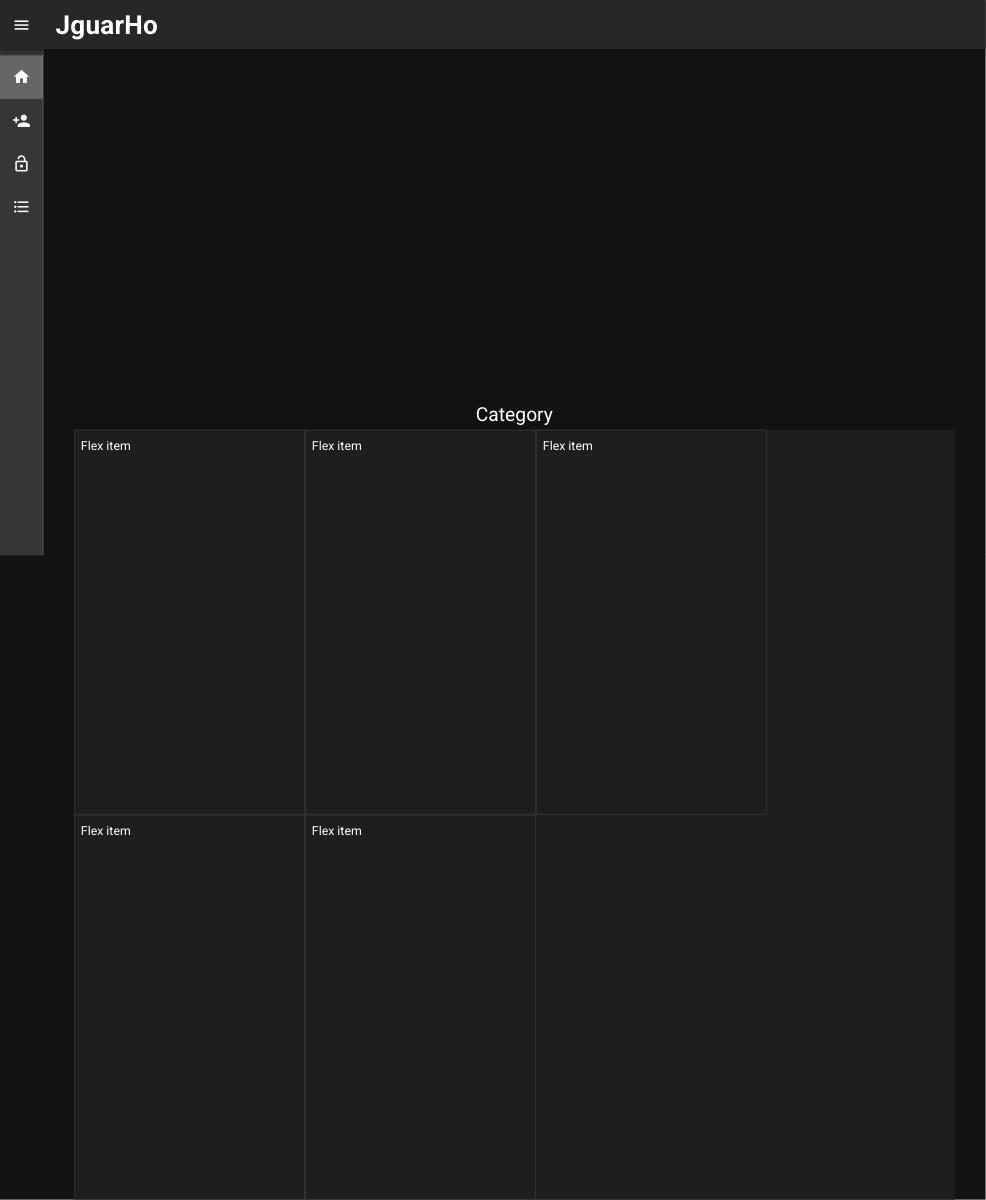
Repository: agent501/MRMS
Page: /
An editor plug-in stored every save of this project. The page is shown before and after the next save, followed by the edit.
The browser window is 1280 px wide. The pictures show the whole page, at 77% of full size.
The page's requests for data from a server got no answer. The project was rebuilt for these pictures with package versions that can differ from the ones it lists, and the page was loaded fresh each time. No one was signed in, and anything a server would have sent is missing. Also part of the build but not shown: vue.config.js, src/components/Product/products.vue, src/components/Product/product.vue, src/components/Product/createproduct.vue, src/components/User/signin.vue, src/components/User/signup.vue, src/components/User/profile.vue, src/components/Shared/Alert.vue and 2 more. Imported but missing from the stored project, and not drawn on this page: src/router/auth-guard.js.

Above is the page before, as saved 2020-08-05 11:18:38.

### src/main.js
import Vue from 'vue';
import App from './App.vue';
import router from './router';
import { store } from './store';
import alert from './components/Shared/Alert.vue';
import vuetify from './plugins/vuetify';
import { fb } from './components/firebase/firebase.js';
import * as firebase from 'firebase';
import editproductdiaglog from './components/Product/Edit/editproductdialog.vue';
import editprogressbar from './components/Product/Edit/editprogressbar.vue';

Vue.component('app-alert', alert);
Vue.component('app-edit-product', editproductdiaglog);
Vue.component('app-edit-progress', editprogressbar);

Vue.config.productionTip = false;

new Vue({
  router,
  store,
  vuetify,
  render: (h) => h(App),
  created() {
    fb;
    firebase.auth().onAuthStateChanged((user) => {
      if (user) {
        this.$store.dispatch('autosignin', user);
      }
    });
    this.$store.dispatch('loadProducts');
  },
}).$mount('#app');

### src/App.vue
<template>
  <v-app>
    <v-navigation-drawer v-model="drawer" :mini-variant.sync="mini" app clipped dense permanent>
      <v-list>
        <v-list-item to="/">
          <v-list-item-icon>
            <v-icon medium>home</v-icon>
          </v-list-item-icon>

          <v-list-item-content>
            <v-list-item-title>Home</v-list-item-title>
          </v-list-item-content>
        </v-list-item>

        <v-divider></v-divider>
        <v-list-item v-for="item in menuItems" :key="item.title" router :to="item.link">
          <v-list-item-icon>
            <v-icon medium>{{ item.icon }}</v-icon>
          </v-list-item-icon>

          <v-list-item-content>
            <v-list-item-title>{{ item.text }}</v-list-item-title>
          </v-list-item-content>
        </v-list-item>
        <v-list-item v-if="userIsAuthenticated || adminIsAuthenticated" @click="onLogout">
          <v-list-item-icon>
            <v-icon>exit_to_app</v-icon>
          </v-list-item-icon>
          <v-list-item-content>Logout</v-list-item-content>
        </v-list-item>
      </v-list>
    </v-navigation-drawer>

    <v-app-bar app clipped-left>
      <v-app-bar-nav-icon @click.stop="mini=!mini"></v-app-bar-nav-icon>
      <v-toolbar-title class="font-weight-bold display-1">
        <router-link to="/" tag="span" style="cursor:pointer">JguarHo</router-link>
      </v-toolbar-title>
    </v-app-bar>

    <!-- Page Content -->
    <v-content>
      <router-view></router-view>
    </v-content>

    <!-- <v-footer>
      <span>JguarHo &copy; Copyright Reserved</span>
    </v-footer>-->
  </v-app>
</template>

<script>
// import HelloWorld from './components/HelloWorld';

export default {
  name: 'App',

  components: {
    // HelloWorld,
  },
  props: {
    source: String
  },
  data: () => ({
    mini: true,
    drawer: true
    // items: [
    //   { icon: 'lock_open', text: 'Sign In', link: '/signin' },
    //   { icon: 'home', text: 'Home', link: '/' },
    //   { icon: 'list', text: 'All Products', link: '/products' },
    //   { icon: 'help_outline', text: 'About Us', link: '' }
    // ]
  }),
  computed: {
    menuItems() {
      let items = [
        { icon: 'person_add', text: 'Sign Up', link: '/signup' },
        { icon: 'lock_open', text: 'Sign In', link: '/signin' },

        {
          icon: 'format_list_bulleted',
          text: 'All Products',
          link: '/products'
        }
        // { icon: 'person', text: 'About Us', link: '' }
      ];
      if (this.adminIsAuthenticated) {
        items = [
          {
            icon: 'create_new_folder',
            text: 'Create Product',
            link: '/createproduct'
          },
          {
            icon: 'format_list_bulleted',
            text: 'All Products',
            link: '/products'
          },
          {
            icon: 'person',
            text: 'Profile',
            link: '/profile/' + this.adminIsAuthenticated.id
          }
        ];
      } else if (this.userIsAuthenticated) {
        items = [
          {
            icon: 'format_list_bulleted',
            text: 'All Products',
            link: '/products'
          },
          {
            icon: 'person',
            text: 'Profile',
            link: '/profile/' + this.userIsAuthenticated.id
          }
        ];
      }
      return items;
    },
    adminIsAuthenticated() {
      return (
        this.$store.getters.user !== null &&
        this.$store.getters.user !== undefined &&
        this.$store.getters.user.id === 'ktQMfIIbLQRTlySJDVzU9JbCF293' &&
        this.$store.getters.user
      );
    },
    userIsAuthenticated() {
      return (
        this.$store.getters.user !== null &&
        this.$store.getters.user !== undefined &&
        this.$store.getters.user
      );
    }
  },
  created() {
    this.$vuetify.theme.dark = true;
  },
  methods: {
    onLogout() {
      this.$store.dispatch('logout');
      this.$router.push('/');
    }
  }
};
</script>

### src/router/index.js
import Vue from 'vue';
import VueRouter from 'vue-router';
import home from '../components/Home.vue';
import products from '../components/Product/products.vue';
import product from '../components/Product/product.vue';
import createproduct from '../components/Product/createproduct.vue';
import signin from '../components/User/signin.vue';
import signup from '../components/User/signup.vue';
import profile from '../components/User/profile.vue';
import AuthGuard from '../router/auth-guard.js';

Vue.use(VueRouter);

export default new VueRouter({
  mode: 'history',
  routes: [
    { path: '/', name: 'home', component: home },
    { path: '/products', name: 'products', component: products },
    {
      path: '/createproduct',
      name: 'createproduct',
      component: createproduct,
      beforeEnter: AuthGuard,
    },
    { path: '/signin', name: 'signin', component: signin },
    { path: '/signup', name: 'signup', component: signup },
    {
      path: '/profile/:id',
      name: 'profile',
      component: profile,
      beforeEnter: AuthGuard,
    },
    {
      path: '/products/:id',
      name: 'product',
      props: true,
      component: product,
    },
  ],
});

### src/store/index.js
import Vue from 'vue';
import Vuex from 'vuex';

import product from './product';
import user from './user';
import shared from './shared';

Vue.use(Vuex);

export const store = new Vuex.Store({
  modules: {
    product: product,
    user: user,
    shared: shared,
  },
});

### src/plugins/vuetify.js
import Vue from 'vue';
import Vuetify from 'vuetify/lib';
import '@mdi/font/css/materialdesignicons.css'; //
import 'material-design-icons-iconfont/dist/material-design-icons.css';

Vue.use(Vuetify);

export default new Vuetify({
  icons: {
    iconfont: 'mdi',
  },
});

### src/components/firebase/firebase.js
import firebase from 'firebase/app';
import 'firebase/firestore';
import 'firebase/storage';

var firebaseConfig = {
  apiKey: 'AIzaSyBJdvJyA-ac-dO3JYy-4WKY7wIkma-Y1fI',
  authDomain: 'mrms-2ae69.firebaseapp.com',
  databaseURL: 'https://mrms-2ae69.firebaseio.com',
  projectId: 'mrms-2ae69',
  storageBucket: 'mrms-2ae69.appspot.com',
  messagingSenderId: '287673096935',
  appId: '1:287673096935:web:7f7f75dea0b5657353e042',
  measurementId: 'G-EKPLN37GXX',
};

export const fb = firebase.initializeApp(firebaseConfig);

### src/components/Home.vue
<template>
  <div class="mx-10" style="max-width:1800px">
    <v-layout>
      <v-flex xs12 class="text-xs-center" v-if="!loading">
        <v-progress-circular
          indeterminate
          class="primary--text"
          :width="7"
          :size="70"
          v-if="loading"
        ></v-progress-circular>
      </v-flex>
    </v-layout>

    <v-carousel
      cycle
      class="mt-4"
      height="400"
      hide-delimiters
      show-arrows-on-hover
      width="100%"
      style="cursor:pointer"
    >
      <v-carousel-item
        v-for="product in products"
        :key="product.id"
        @click="onLoadProduct(product.id)"
      >
        <div class="text-right">
          <span class="title">{{ product.name }}</span>
        </div>
        <img :src="product.featureimage" style="height: 100%; width: 100%; object-fit: contain" />
      </v-carousel-item>
    </v-carousel>

    <div>
      <div class="mt-10 text-center" style="font-size:25px">Category</div>
      <div>
        <v-card class="d-flex flex-wrap" flat tile>
          <v-card
            v-for="n in 5"
            :key="n"
            class="pa-2"
            width="300"
            height="500"
            outlined
            tile
          >Flex item</v-card>
        </v-card>
      </div>
    </div>
  </div>
</template>

<script>
export default {
  // data: () => ({
  //   images: [
  //     {
  //       src: 'https://cdn.vuetifyjs.com/images/carousel/squirrel.jpg',
  //       title: 'image1asdasdasdsadasdasdsadasdasd',
  //       id: 'asdad123'
  //     },
  //     {
  //       src: 'https://cdn.vuetifyjs.com/images/carousel/sky.jpg',
  //       title: 'image2',
  //       id: 'asdasd1223'
  //     },
  //     {
  //       src: 'https://cdn.vuetifyjs.com/images/carousel/bird.jpg',
  //       title: 'image3',
  //       id: 'asdad13223'
  //     },
  //     {
  //       src: 'https://cdn.vuetifyjs.com/images/carousel/planet.jpg',
  //       title: 'image4',
  //       id: 'asdaasd1123'
  //     }
  //   ]
  // }),
  computed: {
    products() {
      return this.$store.getters.featuredProducts;
    },
    loading() {
      return this.$store.getters.loading;
    },
  },
  methods: {
    onLoadProduct(id) {
      this.$router.push('/products/' + id);
    },
  },
};
</script>

<style scoped>
.title {
  background-color: rgba(235, 235, 235, 0.897);
  color: black;

  padding: 10px 30px;
}
</style>

### src/store/product/index.js
import * as firebase from 'firebase';

export default {
  state: {
    loadedProducts: [],
  },
  mutations: {
    createProduct(state, payload) {
      state.loadedProducts.push(payload);
    },
    setLoadedProducts(state, payload) {
      state.loadedProducts = payload;
    },
    updateProduct(state, payload) {
      const product = state.loadedProducts.find((product) => {
        return product.id === payload.id;
      });
      if (payload.name) {
        product.name = payload.name;
      }
      if (payload.description) {
        product.description = payload.description;
      }
      if (payload.earningperunit) {
        product.earningperunit = payload.earningperunit;
      }
      if (payload.investmentperunit) {
        product.investmentperunit = payload.investmentperunit;
      }
    },
    updateProgress(state, payload) {
      const product = state.loadedProducts.find((product) => {
        return product.id === payload.id;
      });
      if (payload.productprogressbar) {
        product.productprogressbar = payload.productprogressbar;
      }
    },
    deleteProduct(state, payload) {
      const registeredProducts = state.loadedProducts;
      registeredProducts.splice(
        registeredProducts.findIndex((product) => product.id === payload),
        1
      );
      // Reflect.deleteProperty(state.user.fbKeys,payload)
    },
  },
  actions: {
    loadProducts({ commit }) {
      commit('setLoading', true);
      firebase
        .database()
        .ref('products')
        .once('value')
        .then((data) => {
          const products = [];
          const obj = data.val();
          for (let key in obj) {
            products.push({
              id: key,
              name: obj[key].name,
              description: obj[key].description,
              investmentperunit: obj[key].investmentperunit,
              earningperunit: obj[key].earningperunit,
              creatorId: obj[key].creatorId,
              productimage: obj[key].productimage,
              productprogressbar: obj[key].productprogressbar,
              featureimage: obj[key].productimage[0],
            });
          }
          commit('setLoadedProducts', products);
          commit('setLoading', false);
        })
        .catch((error) => {
          console.log(error);
          commit('setLoading', true);
        });
    },
    deleteProduct({ commit }, payload) {
      const productId = payload;
      console.log(productId);
      firebase
        .database()
        .ref('products')
        .child(productId)
        .remove()
        .then(function () {
          // File deleted successfully

          console.log('success');
        })
        .catch(function (error) {
          // Uh-oh, an error occurred!
          console.log(error);
        });
      commit('deleteProduct', payload);
    },
    createProduct({ commit, getters }, payload) {
      const product = {
        name: payload.name,
        description: payload.description,
        investmentperunit: payload.investmentperunit,
        earningperunit: payload.earningperunit,
        productimage: payload.productimage,
        productprogressbar: payload.productprogressbar,
        creatorId: getters.user.id,
      };
      let key;
      firebase
        .database()
        .ref('products')
        .push(product)
        .then((data) => {
          //specific product id
          key = data.key;
          commit('createProduct', { ...product, id: key });
          // return key
        });
    },
    updateproductdata({ commit }, payload) {
      commit('loading', true);
      const updateObj = {};
      if (payload.name) {
        updateObj.name = payload.name;
      }
      if (payload.desscription) {
        updateObj.description = payload.desscription;
      }
      if (payload.earningperunit) {
        updateObj.earningperunit = payload.earningperunit;
      }
      if (payload.investmentperunit) {
        updateObj.investmentperunit = payload.investmentperunit;
      }
      firebase
        .database()
        .ref('products')
        .child(payload.id)
        .update(updateObj)
        .then(() => {
          commit('setLoading', false);
          commit('updateProduct', payload);
        })
        .catch((error) => {
          console.log(error);
          commit('setLoading', false);
        });
    },
    updateprogressdata({ commit }, payload) {
      commit('loading', true);
      const updateObj = {};
      if (payload.productprogressbar) {
        updateObj.productprogressbar = payload.productprogressbar;
      }

      firebase
        .database()
        .ref('products')
        .child(payload.id)
        .update(updateObj)
        .then(() => {
          commit('setLoading', false);
          commit('updateProgress', payload);
        })
        .catch((error) => {
          console.log(error);
          commit('setLoading', false);
        });
    },
  },
  getters: {
    loadedProducts(state) {
      return state.loadedProducts.sort((productA, productB) => {
        return productA.date > productB.date;
      });
    },
    featuredProducts(state, getters) {
      return getters.loadedProducts.slice(0, 5);
    },
    loadedProduct(state) {
      return (productId) => {
        return state.loadedProducts.find((product) => {
          return product.id === productId;
        });
      };
    },
  },
  modules: {},
};

### src/store/user/index.js
import * as firebase from 'firebase';

export default {
  state: {
    user: null,
    profile: [],
  },
  mutations: {
    setUser(state, payload) {
      state.user = payload;
    },
    setLoadedProfile(state, payload) {
      state.profile = payload;
    },
    updateProfile(state, payload) {
      const profile = state.profile;

      if (payload.name) {
        profile.name = payload.name;
      }
      if (payload.email) {
        profile.email = payload.email;
      }
      if (payload.icnumber) {
        profile.icnumber = payload.icnumber;
      }
      if (payload.phonenumber) {
        profile.phonenumber = payload.phonenumber;
      }
      if (payload.ssmimage) {
        profile.ssmimage = payload.ssmimage;
      }
    },
  },
  actions: {
    signUp({ commit }, payload) {
      // perform the mutation set loading because no matter user success sign up or not it will always display loading
      commit('setLoading', true);
      commit('clearError');
      firebase
        .auth()
        // passing the email and password fetch from the signup page and send to the firebasenpm
        .createUserWithEmailAndPassword(payload.email, payload.password)
        //if success, get the unique id from the firebase and set it on the format that is same as state
        .then((response) => {
          // set loading in the state back to false because is already succeed
          commit('setLoading', false);

          const newUser = {
            userid: response.user.uid,
            registeredProducts: [],
            fbKeys: {},
            email: payload.email,
            phonenumber: payload.phonenumber,
            icnumber: payload.icnumber,
            name: payload.name,
            ssmimage: payload.image,
          };
          let key;
          firebase
            .database()
            .ref('profiles')
            .push(newUser)
            .then((data) => {
              //specific product id
              key = data.userid;
              commit('createProfile', { ...newUser, id: key });
              // return key
            });

          commit('setUser', newUser);
        })
        // if got error
        .catch((error) => {
          // set loading in the state back to false because there's a error occur
          commit('setLoading', false);
          // perform the mutation of setError to display the error
          commit('setError', error);
          console.log(error);
        });
    },
    logIn({ commit }, payload) {
      // perform the mutation set loading because no matter user success sign in or not it will always display loading
      commit('setLoading', true);
      commit('clearError');
      firebase
        .auth()
        // sending the user email and password to the firebase for matchmaking in order to login
        .signInWithEmailAndPassword(payload.email, payload.password)
        .then((response) => {
          // set loading in the state back to false because is already succeed
          commit('setLoading', false);

          const newUser = {
            id: response.user.uid,
            registeredProducts: [],
            fbKeys: {},
          };

          firebase
            .database()
            .ref('profiles')
            .orderByChild('userid')
            .equalTo(newUser.id)
            .once('value')
            .then((data) => {
              const profile = [];
              const obj = data.val();
              for (let key in obj) {
                profile.push({
                  id: key,
                  name: obj[key].name,
                  email: obj[key].email,
                  icnumber: obj[key].icnumber,
                  phonenumber: obj[key].phonenumber,
                  userid: obj[key].userid,
                  ssmimage: obj[key].ssmimage,
                });
              }
              console.log(profile);
              commit('setLoadedProfile', profile);

              commit('setLoading', false);
            })
            .catch((error) => {
              console.log(error);
              commit('setLoading', true);
            });

          commit('setUser', newUser);
        }) // if got error
        .catch((error) => {
          // set loading in the state back to false because there's a error occur
          commit('setLoading', false);
          // perform the mutation of setError to display the error
          commit('setError', error);
          console.log(error);
        });
    },
    autosignin({ commit }, payload) {
      commit('setUser', { id: payload.uid, registeredProducts: [] });
    },
    logout({ commit }) {
      firebase.auth().signOut();
      commit('setUser', null);
    },
    updatePassword(payload) {
      var user = firebase.auth().currentUser;
      var updatepassword = payload.newpassword;
      var credential = firebase.auth.EmailAuthProvider.credential(
        payload.email,
        payload.currentpassword
      );

      user
        .reauthenticate(credential)
        .then(() => {
          user
            .updatePassword(updatepassword)
            .then(() => {
              this.dialog = true;
              console.log('update complete');
              if (this.dialog === false) {
                this.$router.push('/');
              }
            })
            .catch((error) => {
              console.log(error);
            });
        })
        .catch((error) => {
          console.log(error);
        });
    },
    updateProfileData({ commit }, payload) {
      commit('loading', true);
      const updateObj = {};
      if (payload.name) {
        updateObj.name = payload.name;
      }
      if (payload.email) {
        updateObj.email = payload.email;
      }
      if (payload.icnumber) {
        updateObj.icnumber = payload.icnumber;
      }
      if (payload.phonenumber) {
        updateObj.phonenumber = payload.phonenumber;
      }
      if (payload.ssmimage) {
        updateObj.ssmimage = payload.ssmimage;
      }
      firebase
        .database()
        .ref('profiles')
        .child(payload.id)
        .update(updateObj)
        .then(() => {
          commit('setLoading', false);
          commit('updateProfile', payload);
        })
        .catch((error) => {
          console.log(error);
          commit('setLoading', false);
        });
    },
  },
  getters: {
    user(state) {
      return state.user;
    },
  },
};

### src/store/shared/index.js
export default {
  state: {
    loading: false,
    error: null,
  },
  mutations: {
    setLoading(state, payload) {
      state.loading = payload;
    },
    // change the of status error in state
    setError(state, payload) {
      state.error = payload;
    },
    // change the status of error back to null
    clearError(state) {
      state.error = null;
    },
  },
  actions: {
    clearError({ commit }) {
      commit('clearError');
    },
  },
  getters: {
    error(state) {
      return state.error;
    },
    loading(state) {
      return state.loading;
    },
  },
};

Loaded but not shown: public/index.html (common file)

After the next save:
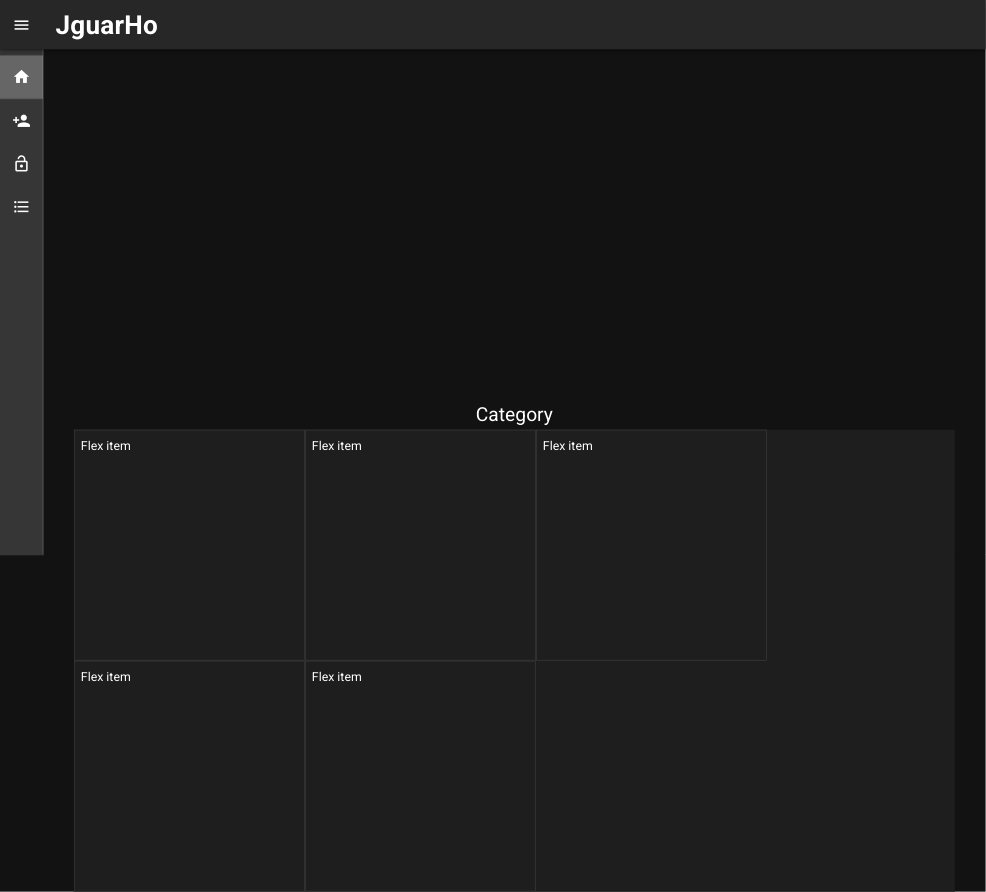
Saved 5 s later.
--- a/src/components/Home.vue
+++ b/src/components/Home.vue
@@ -42,7 +42,7 @@
             :key="n"
             class="pa-2"
             width="300"
-            height="500"
+            height="300"
             outlined
             tile
           >Flex item</v-card>
